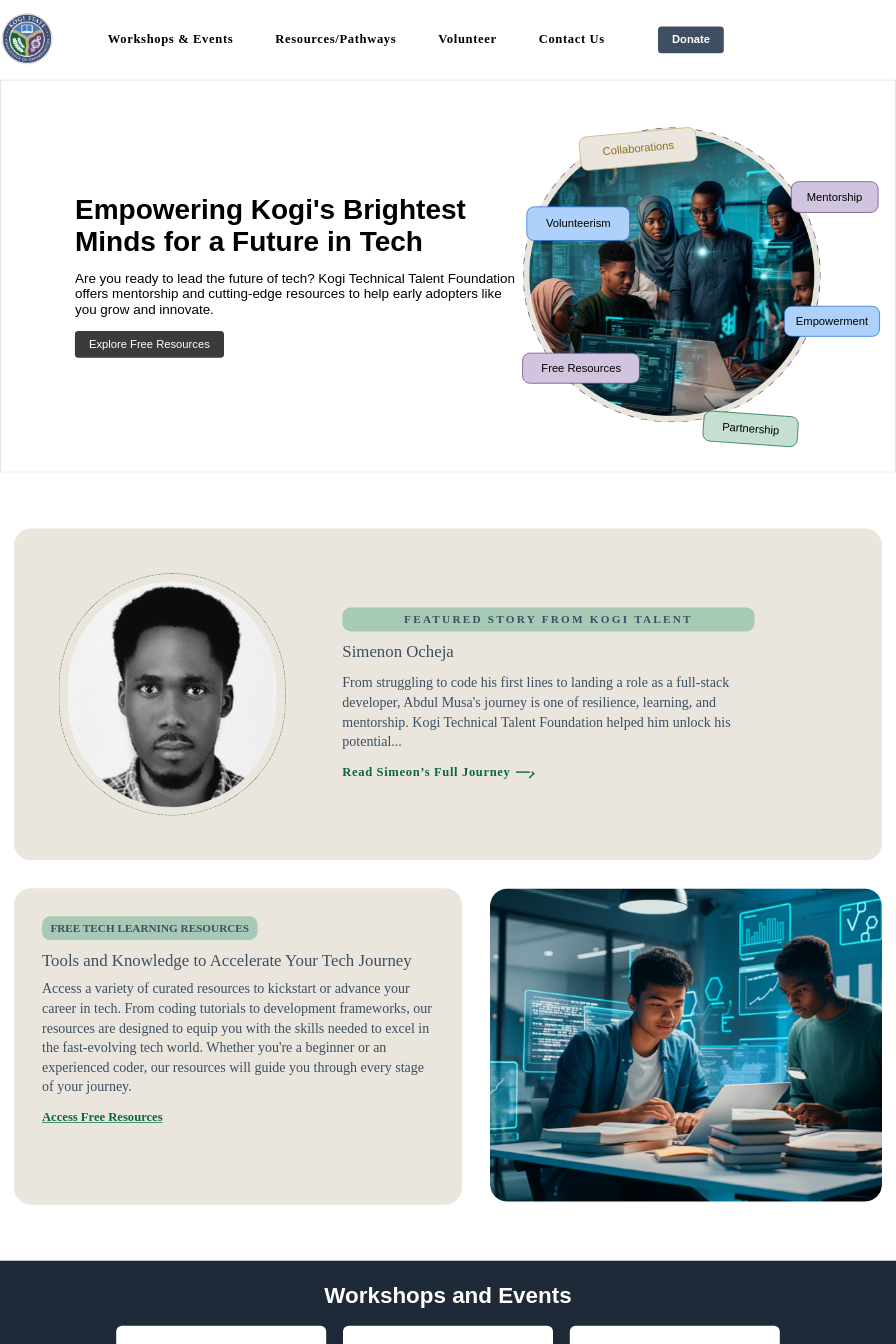
Repository: Cryptim/3MTT-Kogi-Foundation
Page: index.html
The author's editor kept a copy of each file at every save. The page is drawn from the files as they stood at one save, then again after the next save.
The browser window is 1280 px wide. The pictures show the part of the page from y = 0 to 1920 px (the page is 3494 px tall), at 70% of full size.

Above is the page before, as saved 2024-11-04 03:07:26.

After the next save:
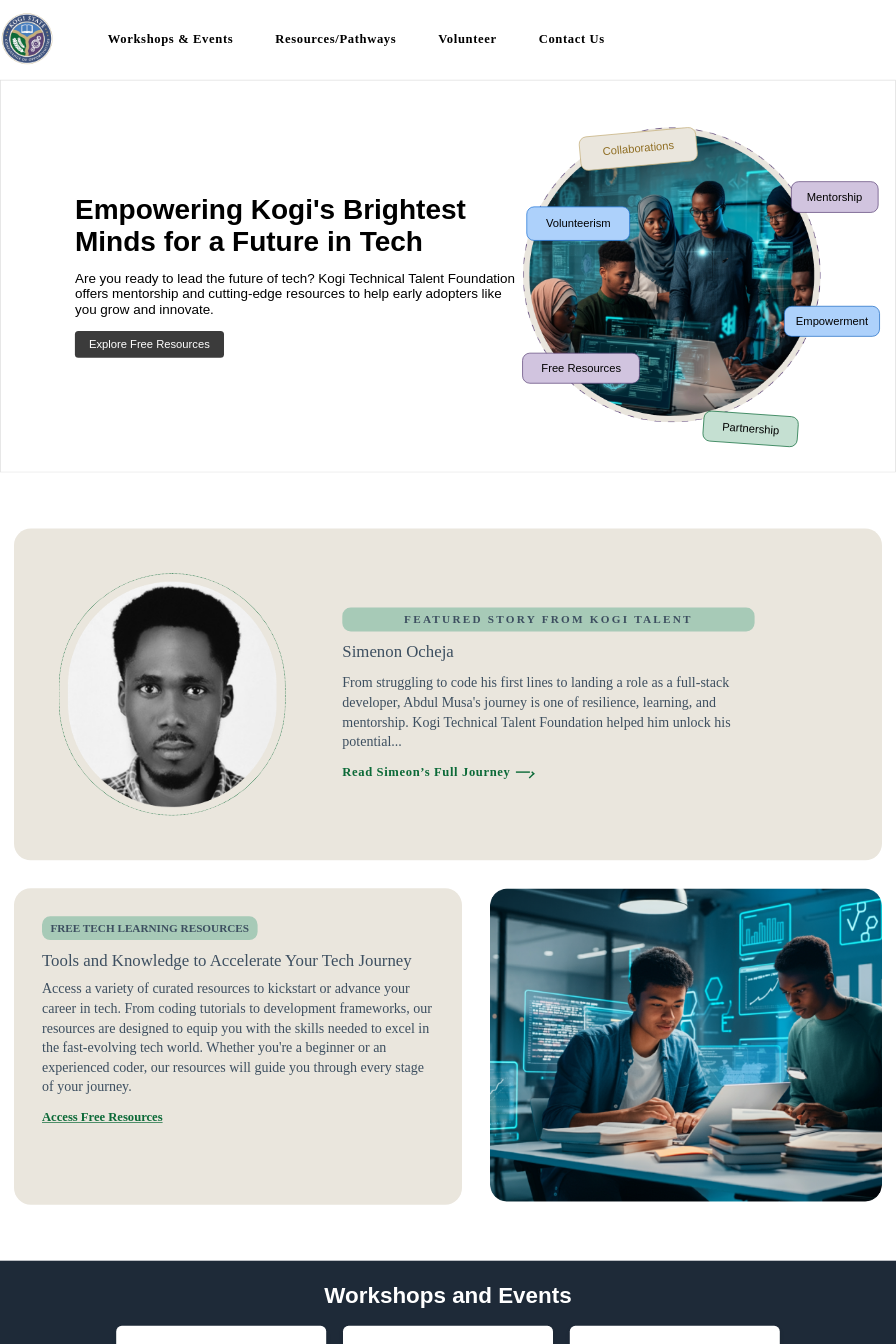
Saved 22 s later.
--- a/index.html
+++ b/index.html
@@ -18,7 +18,7 @@
         <a href="#">Contact Us</a>
       </nav>
       <div class="donate-button">
-        <button>Donate</button>
+        <!-- <button>Donate</button> -->
       </div>
     </header>
     <div class="hero-section">

After the save that followed:
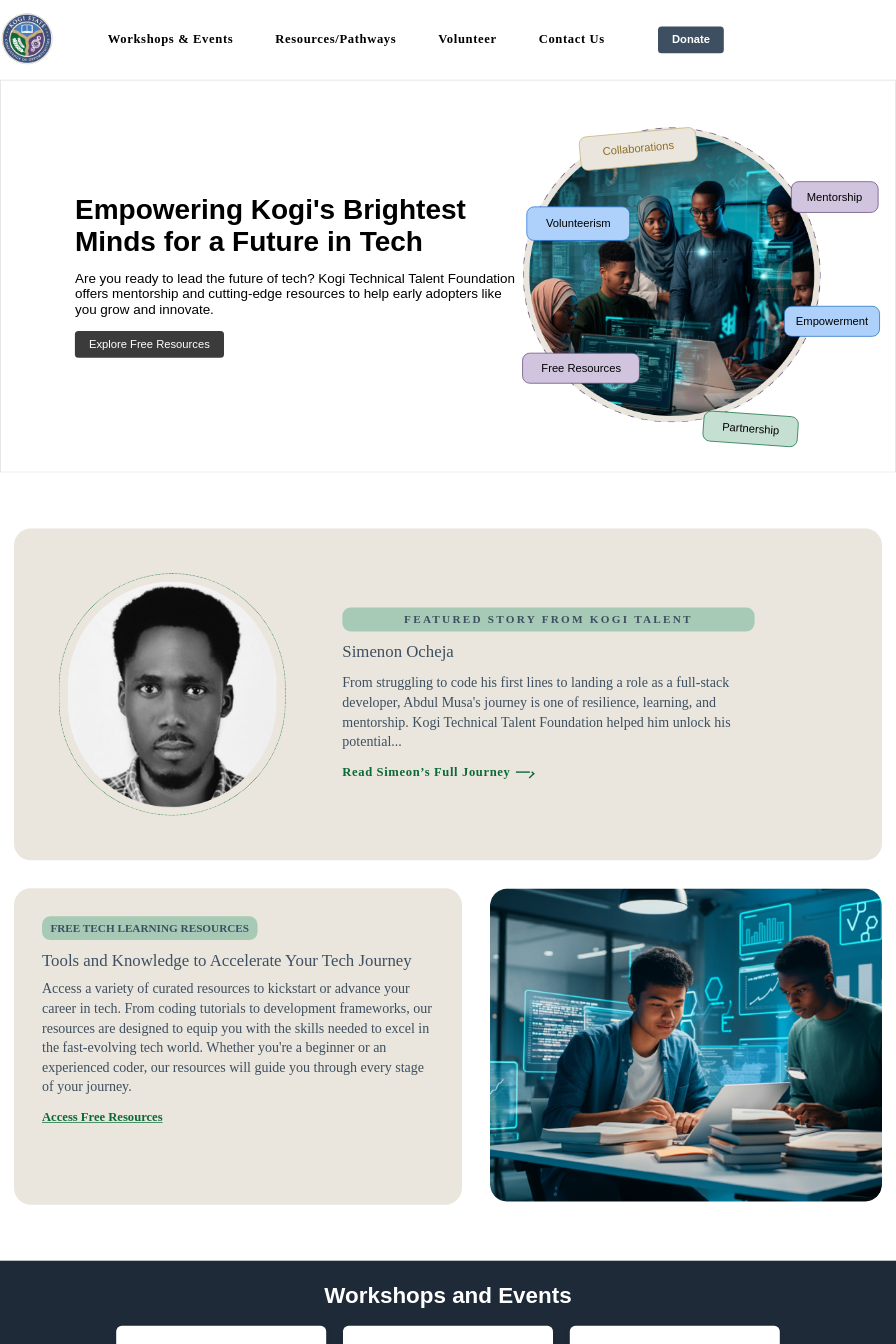
Saved 8 s later.
--- a/index.html
+++ b/index.html
@@ -18,7 +18,7 @@
         <a href="#">Contact Us</a>
       </nav>
       <div class="donate-button">
-        <!-- <button>Donate</button> -->
+        <button>Donate</button>
       </div>
     </header>
     <div class="hero-section">
